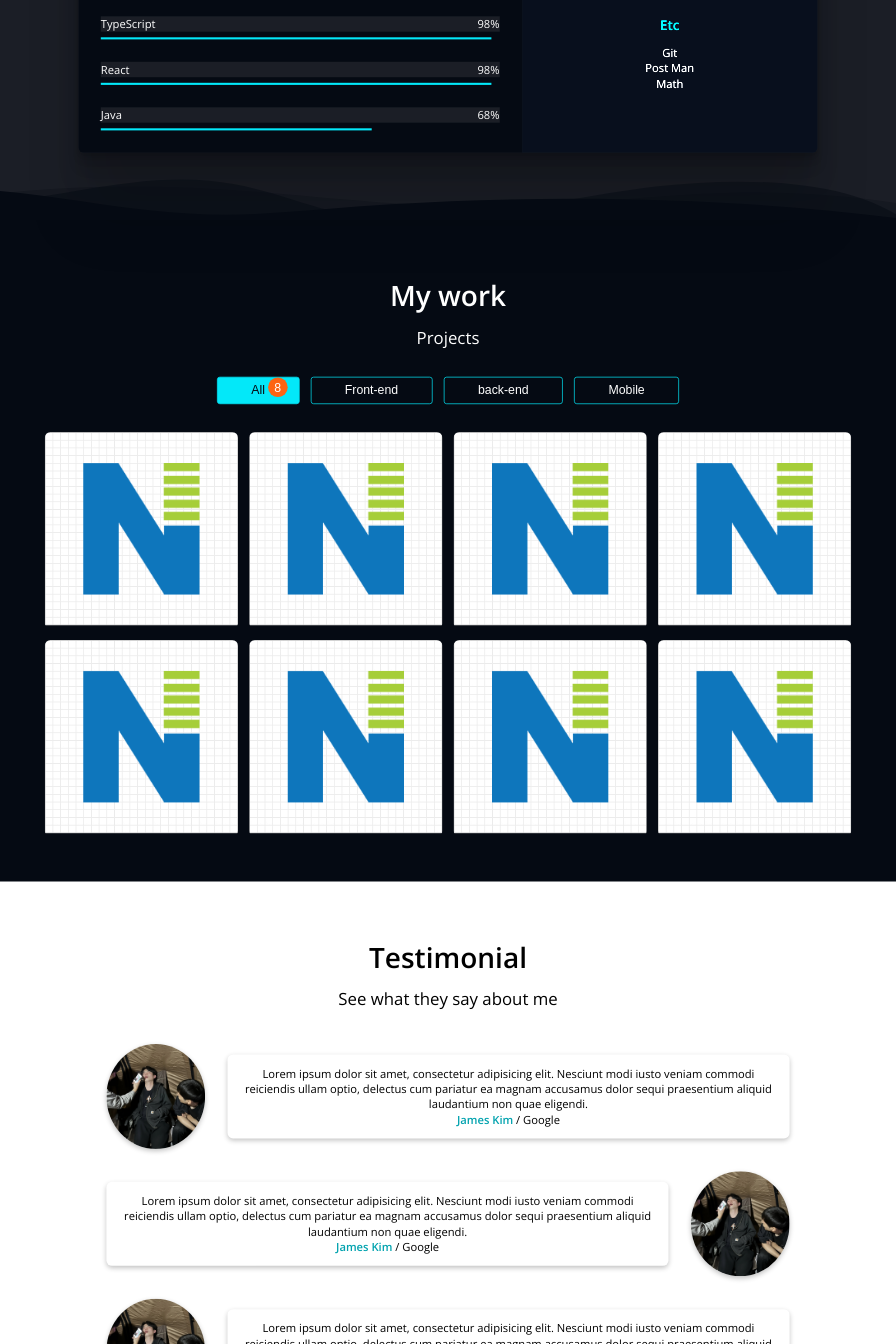
Repository: N1C0N1C0/Portfolio
Page: index.html
These files come from the project's save history. The page is drawn as it stood at one moment and after the next save; the edit follows.
The browser window is 1280 px wide. The pictures show the part of the page from y = 1976 to 3896 px (the page is 4446 px tall before and 4566 px after), at 70% of full size.
Some web libraries are served in a nearby version.

Above is the page before, as saved 2024-01-03 22:45:17.

### index.html
<!DOCTYPE html>
<html lang="jp">
<head>
    <meta charset="UTF-8">
    <meta name="viewport" content="width=device-width, initial-scale=1.0">
    <!-- SEO -->
    <title>My&#39s Portfolio</title>
    <meta
        name="description"
        content="Portfolio for job change"
    />
    <meta
        name="author" content="KimJeongmin"
    />
    <link rel="shortcut icon" href="images/favicon.ico" type="image/x-icon">
    <!-- OG(OPEN Graph Data) -->
    <meta property="og:title" content="Portfolio"/>
    <meta property="og:type" content="website"/>
    <meta property="og:url" content="https://n1c0n1c0.github.io/Portfolio/"/>
    <meta property="og:image" content="https://n1c0n1c0.github.io/Portfolio/images/og.webp"/>
    <!-- Google Fonts -->
    <link rel="preconnect" href="https://fonts.googleapis.com">
    <link rel="preconnect" href="https://fonts.gstatic.com" crossorigin>
    <link href="https://fonts.googleapis.com/css2?family=Noto+Sans+JP:wght@300;400;500&family=Open+Sans:wght@400;600&display=swap" rel="stylesheet">
    <!-- Font Awesome -->
    <script src="https://kit.fontawesome.com/04742e9fab.js" crossorigin="anonymous"></script>
    <!-- CSS -->
    <link rel="stylesheet" href="css/style.css">
    <!-- Javascript -->
    <script type="module" src="src/main.js" defer></script>
    <script type="module" src="src/projects.js" defer></script>
    <script type="module" src="src/active_menu.js" defer></script>
</head>
<body>
    <!-- Header -->
    <header class="header">
        <div class="header__logo">
            <img class="header__logo__img" src="images/favicon.ico" alt="logo" />
            <h1 class="header__logo__title"><a href="#">キムジョンミン</a></h1>
        </div>
        <nav class="header__nav">
            <ul class="header__menu">
                <li><a class="header__menu__item active" href="#home">Home</a></li>
                <li><a class="header__menu__item" href="#about">About</a></li>
                <li><a class="header__menu__item" href="#skills">Skill</a></li>
                <li><a class="header__menu__item" href="#work">My Work</a></li>
                <li><a class="header__menu__item" href="#testimonials">Testimonials</a></li>
                <li><a class="header__menu__item" href="#contact">Contact</a></li>
            </ul>
        </nav>
        <button class="header__toggle" aria-label="navigation menu toggle">
            <i class="fa-solid fa-bars"></i>
        </button>
    </header>
    <!-- Main -->
    <main>
        <!-- Home -->
        <section id="home">
            <div class="home__container">
                <img class="home__avatar" src="images/profile.JPG" alt="profile">
                <h2 class="home__title">Hello<br/> I&#39;m <strong class="home__title--strong">Jeongmin</strong></h2>
                <p class="home__description">A software engineer currently residing in Nagoya, Japan</p>
                <a class="home__contact" href="#contact">Contact Me</a>
            </div>
            <div class="home__divider">
                <svg data-name="Layer 1" xmlns="http://www.w3.org/2000/svg" viewBox="0 0 1200 120" preserveAspectRatio="none">
                    <path d="M321.39,56.44c58-10.79,114.16-30.13,172-41.86,82.39-16.72,168.19-17.73,250.45-.39C823.78,31,906.67,72,985.66,92.83c70.05,18.48,146.53,26.09,214.34,3V0H0V27.35A600.21,600.21,0,0,0,321.39,56.44Z" class="shape-fill"></path>
                </svg>
            </div>
        </section>
        <!-- About -->
        <section id="about" class="section max-container">
            <h2 class="title">About me</h2>
            <p class="description">
                Lorem ipsum dolor sit amet, consectetur adipisicing elit. Ab sit eligendi corporis? Modi animi natus iure reprehenderit, repellat voluptates! Quidem adipisci expedita quae, aspernatur aliquid voluptatem. Harum eligendi temporibus laboriosam.
            </p>
            <ul class="majors">
                <li class="major">
                    <i class="fa-brands fa-html5 major__icon"></i>
                    <p class="major__title">Front-end</p>
                    <p>HTML, CSS, JavaScript, TypeScript, React, Vue, Web APIs</p>
                </li>
                <li class="major">
                    <i class="fa-solid fa-mobile major__icon"></i>
                    <p class="major__title">Mobile</p>
                    <p>Android, iOS, Swift, Java, Kotlin</p>
                </li>
                <li class="major">
                    <i class="fa-solid fa-server major__icon"></i>
                    <p class="major__title">Back-end</p>
                    <p>Java, Javascript, NodeJs, Rest APIs</p>
                </li>
            </ul>
            <ul class="jobs">
                <li class="job">
                    <img class="job__img" src="images/sis_image.png" alt="株式 SIS">
                    <div>
                        <p class="job__name">SIS as Software Engineer</p>
                        <p class="job__period">2023 Dec - Until now</p>
                    </div>
                </li>
            </ul>
        </section>
        <!-- Skills -->
        <section id="skills" class="section">
            <div class="max-container">
                <h2 class="title">My Skills</h2>
            <p class="description">Skills & Attributes</p>
            <p>
                Lorem ipsum dolor sit amet consectetur adipisicing elit. Beatae sit, porro nesciunt fuga dolores nemo unde labore quaerat! Sapiente quis aspernatur perferendis veritatis quidem     pariatur temporibus provident molestiae assumenda quo?
            </p>
            <div class="skills">
                <section class="skills__coding">
                    <h3 class="skills__title">Coding Skills</h3>
                    <ul>
                        <li class="bar">
                            <div class="bar__metadata"><span>HTML</span><span>98%</span></div>
                            <div class="bar__bg"><div class="bar__value" style="width: 98%"></div></div>
                        </li>
                        <li class="bar">
                            <div class="bar__metadata"><span>CSS</span><span>98%</span></div>
                            <div class="bar__bg"><div class="bar__value" style="width: 98%"></div></div>
                        </li>
                        <li class="bar">
                            <div class="bar__metadata"><span>JavaScript</span><span>98%</span></div><div class="bar__bg">
                            <div class="bar__value" style="width: 98%"></div></div>
                        </li>
                        <li class="bar">
                            <div class="bar__metadata"><span>TypeScript</span><span>98%</span></div>
                            <div class="bar__bg"><div class="bar__value" style="width: 98%"></div></div>
                        </li>
                        <li class="bar">
                            <div class="bar__metadata"><span>React</span><span>98%</span></div>
                            <div class="bar__bg"><div class="bar__value" style="width: 98%"></div></div>
                        </li>
                        <li class="bar">
                            <div class="bar__metadata"><span>Java</span><span>68%</span></div>
                            <div class="bar__bg"><div class="bar__value" style="width: 68%"></div></div>
                        </li>
                    </ul>
                </section>
                <section class="skills__tools">
                    <h3 class="skills__title">Tools</h3>
                    <ul>
                        <li>Visual Studio Code</li>
                        <li>IntelliJ</li>
                        <li>Eclipse</li>
                        <li>SpringToolSuite4</li>
                    </ul>
                </section>
                <section class="skills__etc">
                    <h3 class="skills__title">Etc</h3>
                    <ul>
                        <li>Git</li>
                        <li>Post Man</li>
                        <li>Math</li>
                    </ul>
                </section>
            </div>
            </div>
            <div class="custom-shape-divider-bottom-1704289384">
                <svg data-name="Layer 1" xmlns="http://www.w3.org/2000/svg" viewBox="0 0 1200 120" preserveAspectRatio="none">
                    <path d="M0,0V46.29c47.79,22.2,103.59,32.17,158,28,70.36-5.37,136.33-33.31,206.8-37.5C438.64,32.43,512.34,53.67,583,72.05c69.27,18,138.3,24.88,209.4,13.08,36.15-6,69.85-17.84,104.45-29.34C989.49,25,1113-14.29,1200,52.47V0Z" opacity=".25" class="shape-fill"></path>
                    <path d="M0,0V15.81C13,36.92,27.64,56.86,47.69,72.05,99.41,111.27,165,111,224.58,91.58c31.15-10.15,60.09-26.07,89.67-39.8,40.92-19,84.73-46,130.83-49.67,36.26-2.85,70.9,9.42,98.6,31.56,31.77,25.39,62.32,62,103.63,73,40.44,10.79,81.35-6.69,119.13-24.28s75.16-39,116.92-43.05c59.73-5.85,113.28,22.88,168.9,38.84,30.2,8.66,59,6.17,87.09-7.5,22.43-10.89,48-26.93,60.65-49.24V0Z" opacity=".5" class="shape-fill"></path>
                    <path d="M0,0V5.63C149.93,59,314.09,71.32,475.83,42.57c43-7.64,84.23-20.12,127.61-26.46,59-8.63,112.48,12.24,165.56,35.4C827.93,77.22,886,95.24,951.2,90c86.53-7,172.46-45.71,248.8-84.81V0Z" class="shape-fill"></path>
                </svg>
            </div>
        </section>
        <!-- Work -->
        <section id="work" class="section">
            <div class="max-container">
                <h2 class="title">My work</h2>
            <p class="description">Projects</p>
            <ul class="categories">
                <li><button class="category category--selected" data-category="all">All <span class="category__count">8</span></button></li>
                <li><button class="category" data-category="front-end">Front-end <span class="category__count">3</span></button></li>
                <li><button class="category" data-category="back-end">back-end <span class="category__count">3</span></button></li>
                <li><button class="category" data-category="mobile">Mobile <span class="category__count">2</span></button></li>
            </ul>
            <ul class="projects">
                <li class="project" data-type="front-end"><a href="#" target="_blank">
                    <img src="images/ncs_image.gif" alt="profile1" class="project__img">
                    <div class="project__metadata">
                        <h3 class="project__metadata__title">Project #1</h3>
                        <p>Clone Coding with HTML, CSS</p>
                    </div>
                </a></li>
                <li class="project" data-type="front-end"><a href="#" target="_blank">
                    <img src="images/ncs_image.gif" alt="profile2" class="project__img">
                    <div class="project__metadata">
                        <h3 class="project__metadata__title">Project #2</h3>
                        <p>Clone Coding with HTML, CSS</p>
                    </div>
                </a></li>
                <li class="project" data-type="front-end"><a href="#" target="_blank">
                    <img src="images/ncs_image.gif" alt="profile3" class="project__img">
                    <div class="project__metadata">
                        <h3 class="project__metadata__title">Project #3</h3>
                        <p>Clone Coding with HTML, CSS</p>
                    </div>
                </a></li>
                <li class="project" data-type="back-end"><a href="#" target="_blank">
                    <img src="images/ncs_image.gif" alt="profile4" class="project__img">
                    <div class="project__metadata">
                        <h3 class="project__metadata__title">Project #4</h3>
                        <p>Clone Coding with HTML, CSS</p>
                    </div>
                </a></li>
                <li class="project" data-type="back-end"><a href="#" target="_blank">
                    <img src="images/ncs_image.gif" alt="profile5" class="project__img">
                    <div class="project__metadata">
                        <h3 class="project__metadata__title">Project #5</h3>
                        <p>Clone Coding with HTML, CSS</p>
                    </div>
                </a></li>
                <li class="project" data-type="back-end"><a href="#" target="_blank">
                    <img src="images/ncs_image.gif" alt="profile6" class="project__img">
                    <div class="project__metadata">
                        <h3 class="project__metadata__title">Project #6</h3>
                        <p>Clone Coding with HTML, CSS</p>
                    </div>
                </a></li>
                <li class="project" data-type="mobile"><a href="#" target="_blank">
                    <img src="images/ncs_image.gif" alt="profile7" class="project__img">
                    <div class="project__metadata">
                        <h3 class="project__metadata__title">Project #7</h3>
                        <p>Clone Coding with HTML, CSS</p>
                    </div>
                </a></li>
                <li class="project" data-type="mobile"><a href="#" target="_blank">
                    <img src="images/ncs_image.gif" alt="profile8" class="project__img">
                    <div class="project__metadata">
                        <h3 class="project__metadata__title">Project #8</h3>
                        <p>Clone Coding with HTML, CSS</p>
                    </div>
                </a></li>
            </ul>
            </div>
        </section>
        <!-- Testimonials -->
        <section id="testimonials" class="section max-container">
            <h2 class="title">Testimonial</h2>
            <p class="description">See what they say about me</p>
            <ul class="testimonials">
                <li class="testimonial">
                    <img src="images/favicon.ico" alt="" class="testimonial__img">
                    <div class="testimonial__bubble">
                        <p>Lorem ipsum dolor sit amet, consectetur adipisicing elit. Nesciunt modi iusto veniam commodi reiciendis ullam optio, delectus cum pariatur ea magnam accusamus dolor sequi praesentium aliquid laudantium non quae eligendi.</p>
                        <p><a href="#" class="testimonial__bubble__name">James Kim</a> / Google</p>
                    </div>
                </li>
                <li class="testimonial">
                    <img src="images/favicon.ico" alt="" class="testimonial__img">
                    <div class="testimonial__bubble">
                        <p>Lorem ipsum dolor sit amet, consectetur adipisicing elit. Nesciunt modi iusto veniam commodi reiciendis ullam optio, delectus cum pariatur ea magnam accusamus dolor sequi praesentium aliquid laudantium non quae eligendi.</p>
                        <p><a href="#" class="testimonial__bubble__name">James Kim</a> / Google</p>
                    </div>
                </li>
                <li class="testimonial">
                    <img src="images/favicon.ico" alt="" class="testimonial__img">
                    <div class="testimonial__bubble">
                        <p>Lorem ipsum dolor sit amet, consectetur adipisicing elit. Nesciunt modi iusto veniam commodi reiciendis ullam optio, delectus cum pariatur ea magnam accusamus dolor sequi praesentium aliquid laudantium non quae eligendi.</p>
                        <p><a href="#" class="testimonial__bubble__name">James Kim</a> / Google</p>
                    </div>
                </li>
            </ul>
        </section>
        <!-- Arrow up -->
        <aside>
            <div class="arrow__container">
                <a class="arrow-up"  href="#home" title="back to top">
                    <i class="fa-solid fa-arrow-up"></i>
                </a>
            </div>
        </aside>
    </main>
    <!-- Footer -->
    <footer id="contact" class="section">
        <div class="max-container">
            <h2 class="title">Let&#39;s talk</h2>
        <p class="description">dothd8775@gmail.com</p>
        <ul class="contact__links">
            <li>
                <a class="contact__link" href="https//github.com/" target="_blank" title="my github link">
                    <i class="fa-brands fa-github"></i>
                </a>
            </li>
            <li>
                <a class="contact__link" href="https//github.com/" target="_blank" title="my kinkedin link">
                    <i class="fa-brands fa-linkedin"></i>
                </a>
            </li>
        </ul>
        <p>©️kimujeongmin</p>
        </div>
    </footer>
</body>
</html>

Loaded but not shown: src/active_menu.js (55 lines, source omitted); src/main.js (52 lines, source omitted); src/projects.js (38 lines, source omitted); css/style.css (614 lines, source omitted)

After the next save:
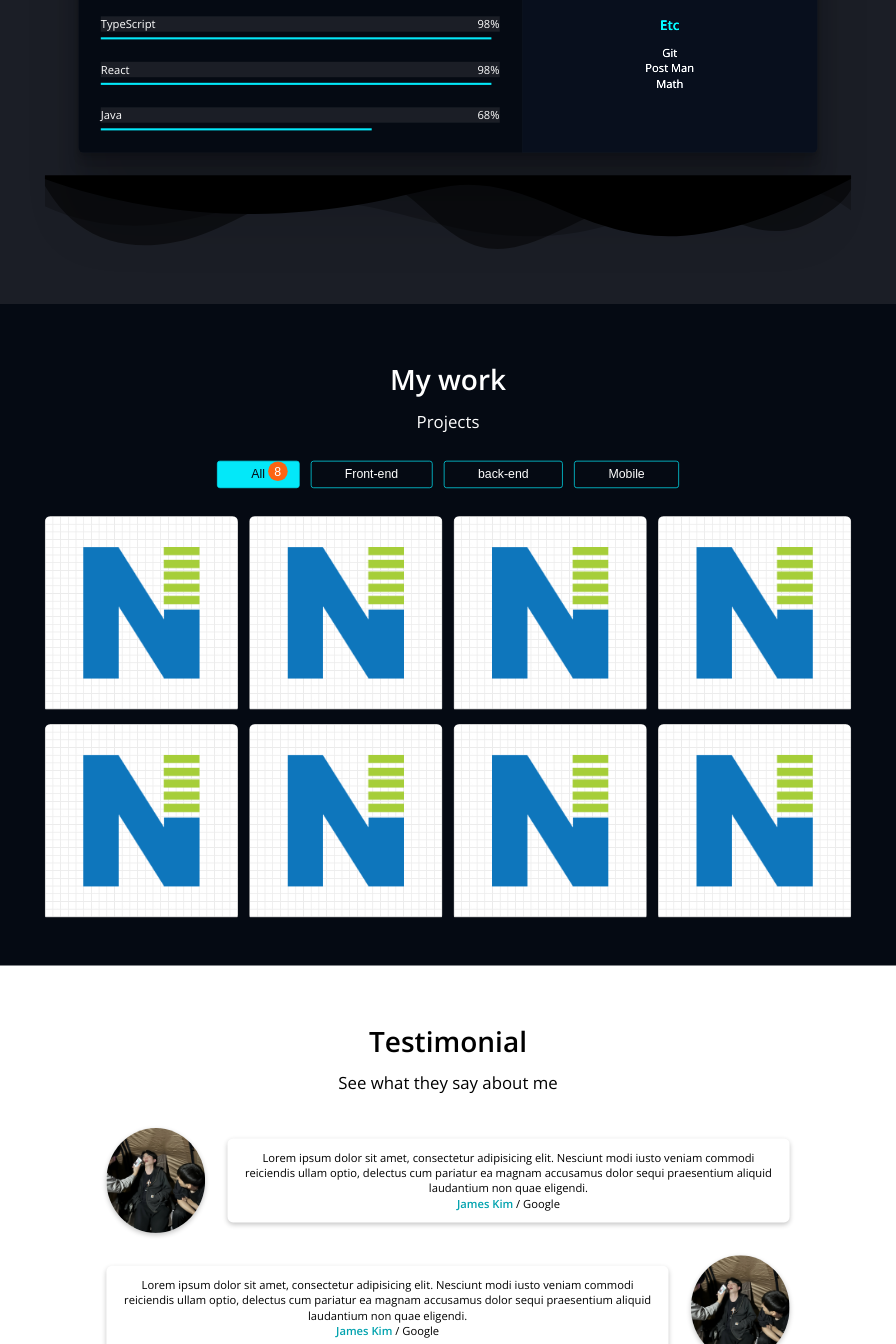
Saved 25 s later.
--- a/index.html
+++ b/index.html
@@ -158,7 +158,7 @@
                 </section>
             </div>
             </div>
-            <div class="custom-shape-divider-bottom-1704289384">
+            <div class="skills__divider">
                 <svg data-name="Layer 1" xmlns="http://www.w3.org/2000/svg" viewBox="0 0 1200 120" preserveAspectRatio="none">
                     <path d="M0,0V46.29c47.79,22.2,103.59,32.17,158,28,70.36-5.37,136.33-33.31,206.8-37.5C438.64,32.43,512.34,53.67,583,72.05c69.27,18,138.3,24.88,209.4,13.08,36.15-6,69.85-17.84,104.45-29.34C989.49,25,1113-14.29,1200,52.47V0Z" opacity=".25" class="shape-fill"></path>
                     <path d="M0,0V15.81C13,36.92,27.64,56.86,47.69,72.05,99.41,111.27,165,111,224.58,91.58c31.15-10.15,60.09-26.07,89.67-39.8,40.92-19,84.73-46,130.83-49.67,36.26-2.85,70.9,9.42,98.6,31.56,31.77,25.39,62.32,62,103.63,73,40.44,10.79,81.35-6.69,119.13-24.28s75.16-39,116.92-43.05c59.73-5.85,113.28,22.88,168.9,38.84,30.2,8.66,59,6.17,87.09-7.5,22.43-10.89,48-26.93,60.65-49.24V0Z" opacity=".5" class="shape-fill"></path>
